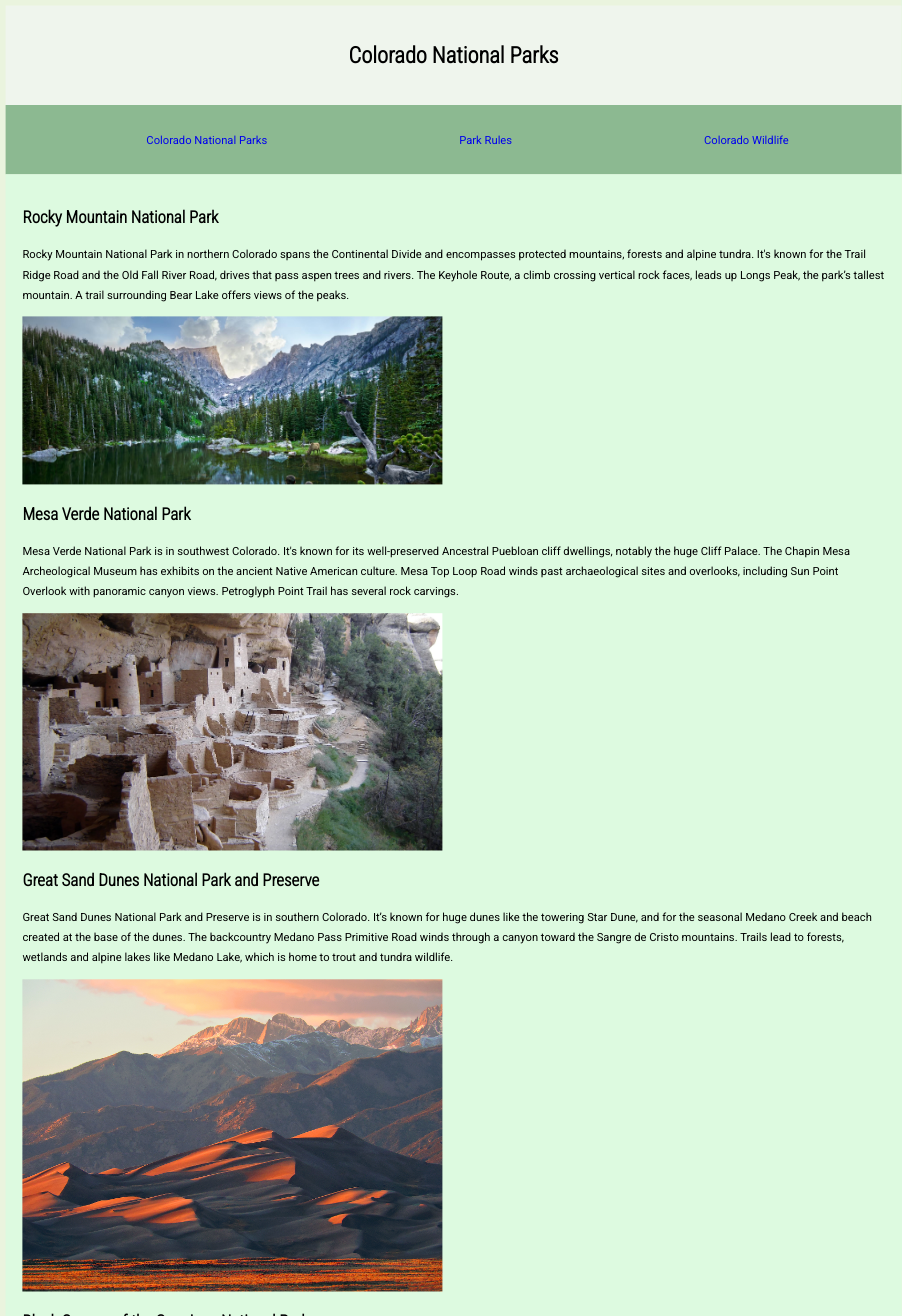
Repository: ethan-schrauf/UniversalDesignWebsite
Page: lab4.html
These files come from the project's save history. The page is drawn as it stood at one moment and after the next save; the edit follows.
The browser window is 1280 px wide. The page is 1288 px wide, so the pictures cover 1288 px, including what lies to the right of the window. The pictures show the part of the page from y = 0 to 1880 px (the page is 5190 px tall), at 70% of full size.

Above is the page before, as saved 2023-10-30 17:23:06.

After the next save:
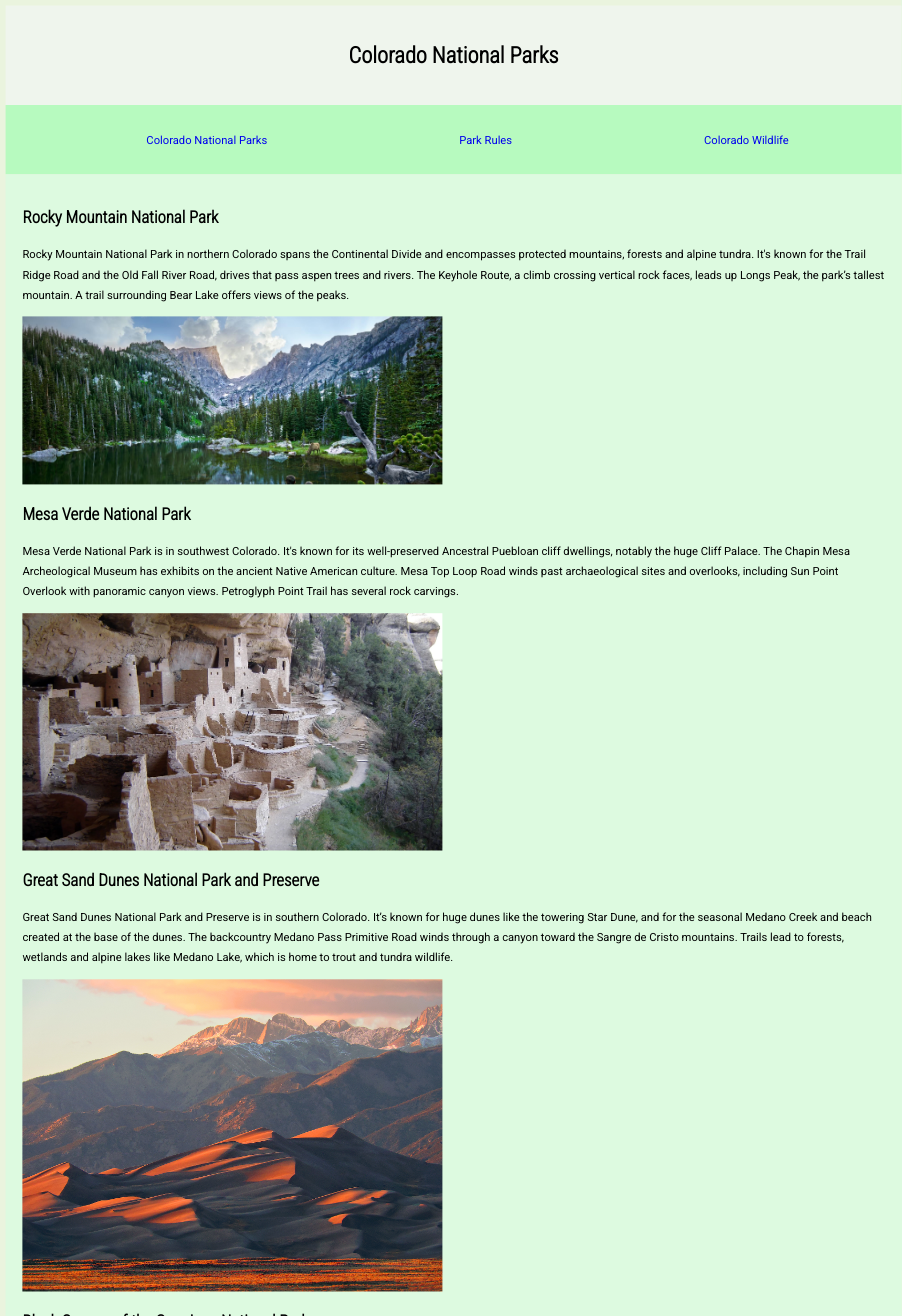
Saved 44 s later.
--- a/lab4.css
+++ b/lab4.css
@@ -63,7 +63,7 @@ footer {
   }
 
   header {grid-area: heady; background:rgb(239, 245, 237);}
-nav {grid-area: navvy; background:rgb(140, 185, 145);}
+nav {grid-area: navvy; background:rgb(183, 250, 191);}
 main {grid-area: mainy; background: rgb(221, 250, 224); max-height: 100%;}
 #aside1 {grid-area: aside1; background: rgb(243, 251, 209);}
 #aside2 {grid-area: aside2; background: rgb(243, 251, 209);}
